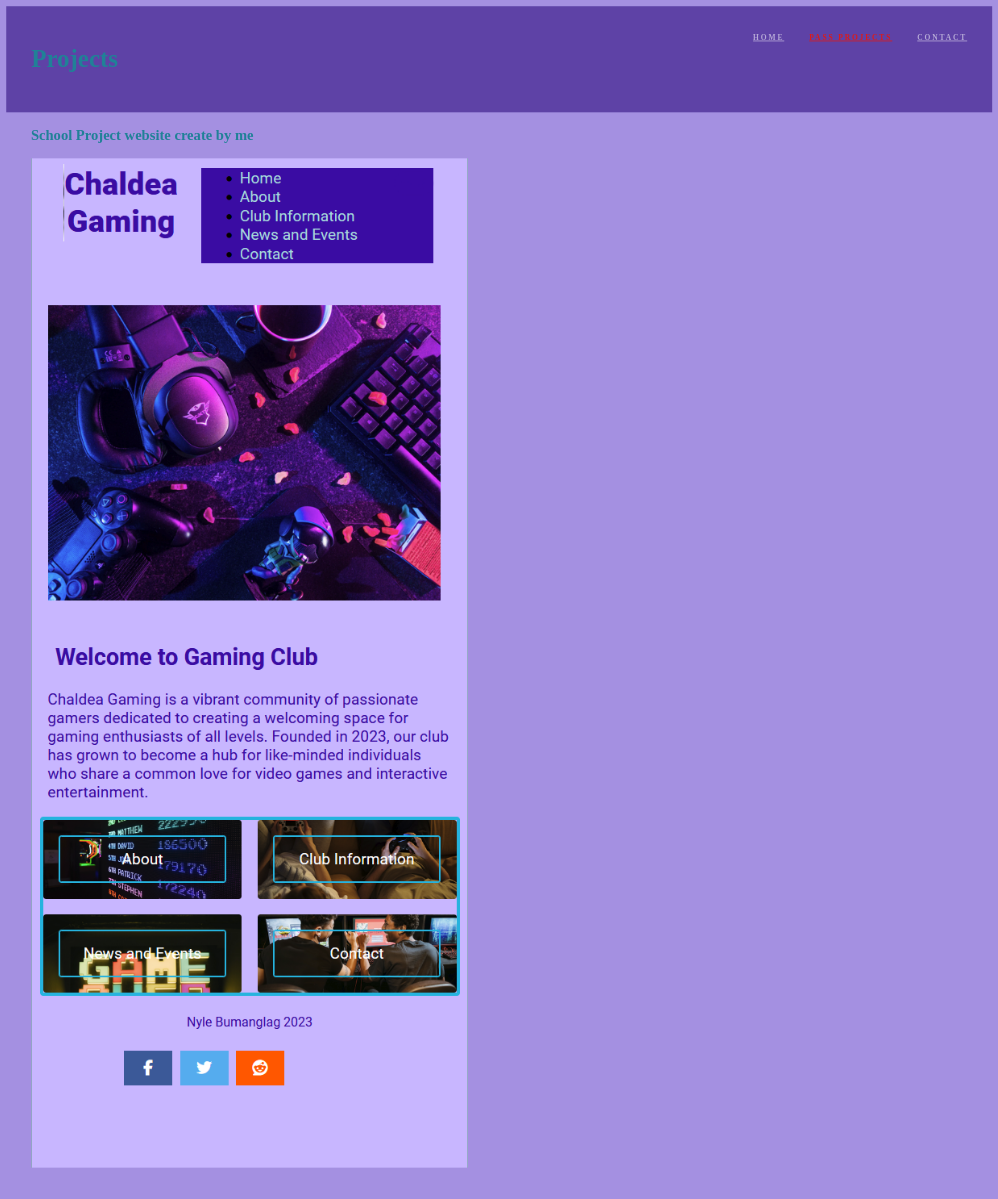
Repository: NyleNC/main
Page: projects.html
An editor plug-in stored every save of this project. The page is shown before and after the next save, followed by the edit.
The browser window is 1280 px wide. The pictures show the whole page, at 78% of full size.

Above is the page before, as saved 2024-11-07 00:33:00.

### projects.html
<!DOCTYPE html>
<html lang="en">
<head>
    <meta charset="UTF-8">
    <meta name="viewport" content="width=device-width, initial-scale=1.0">
    <title>Nyle Bumanglag</title>
    <link rel="stylesheet" href="style.css">
</head>
<header id="header"><h1>Projects</h1>
    <nav>
        <ul>
            <li><a href="index.html">Home</a></li>
            <li><a href="projects.html" class="active">Pass Projects</a></li>
            <li><a href="Contact.html">Contact</a></li>
        </ul>
    </nav>
</header>
<body>
    <section >
        <div class="container">
            <div >
            <h3>School Project website create by me </h3>
            <img src="Images/website.png" alt="website"class="image-fit" >
        </div>
        </div>



    </section>
</body>
</html>

### style.css
body{
    background: #a490e1;
    color: rgb(32, 129, 151);
}
#header {
display: -moz-flex;
display: -webkit-flex;
display: -ms-flex;
display: flex;
background-color: #5e42a6;
cursor: default;
padding: 1.75em 2em;
}

#header > .title {
border: 0;
color: #ffffff;
 display: block;
font-size: 1.25em;
font-weight: bold;
}

#header > nav {
-moz-flex: 1;
-webkit-flex: 1;
-ms-flex: 1;
flex: 1;
text-align: right;
}
 #header > nav > ul {
 margin: 0;
padding: 0;
}

 #header > nav > ul > li {
 display: inline-block;
margin-left: 1.75em;
 padding: 0;
vertical-align: middle;
}

#header > nav > ul > li:first-child {
margin-left: 0;
}

#header > nav > ul > li a {
  border: 0;
color: rgba(255, 255, 255, 0.542);
display: inline-block;
 font-size: 0.6em;
font-weight: bold;
letter-spacing: 0.25em;
text-transform: uppercase;
}
 #header > nav > ul > li a:hover {
color: rgb(144, 225, 164)
}
#header > nav > ul > li a.active {
color: #dd1a1a;
}

.image-fit {
 display: block;
 margin: 0 0 2em 0;
 width: 100%;
}
.container{
    margin: 0 auto;
    gap: 5em;
    display: grid;
    grid-template-columns:  1fr 1fr;
	width: 95%;
    height: auto;
}
.container h2{
    margin: 50px;
}

After the next save:
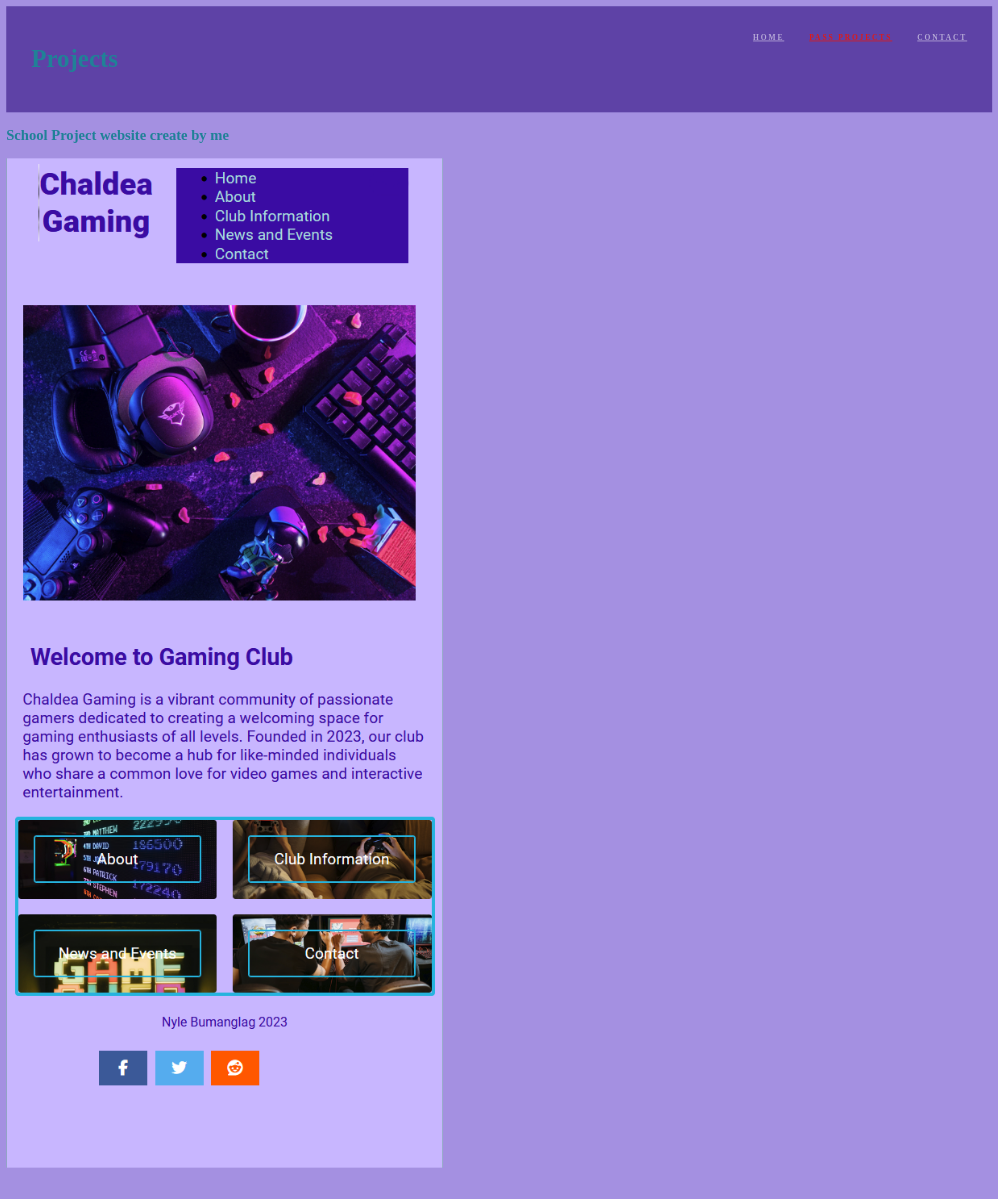
Saved 8 s later.
--- a/style.css
+++ b/style.css
@@ -65,7 +65,7 @@ color: #dd1a1a;
  width: 100%;
 }
 .container{
-    margin: 0 auto;
+
     gap: 5em;
     display: grid;
     grid-template-columns:  1fr 1fr;
@@ -73,5 +73,5 @@ color: #dd1a1a;
     height: auto;
 }
 .container h2{
-    margin: 50px;
+
 }
